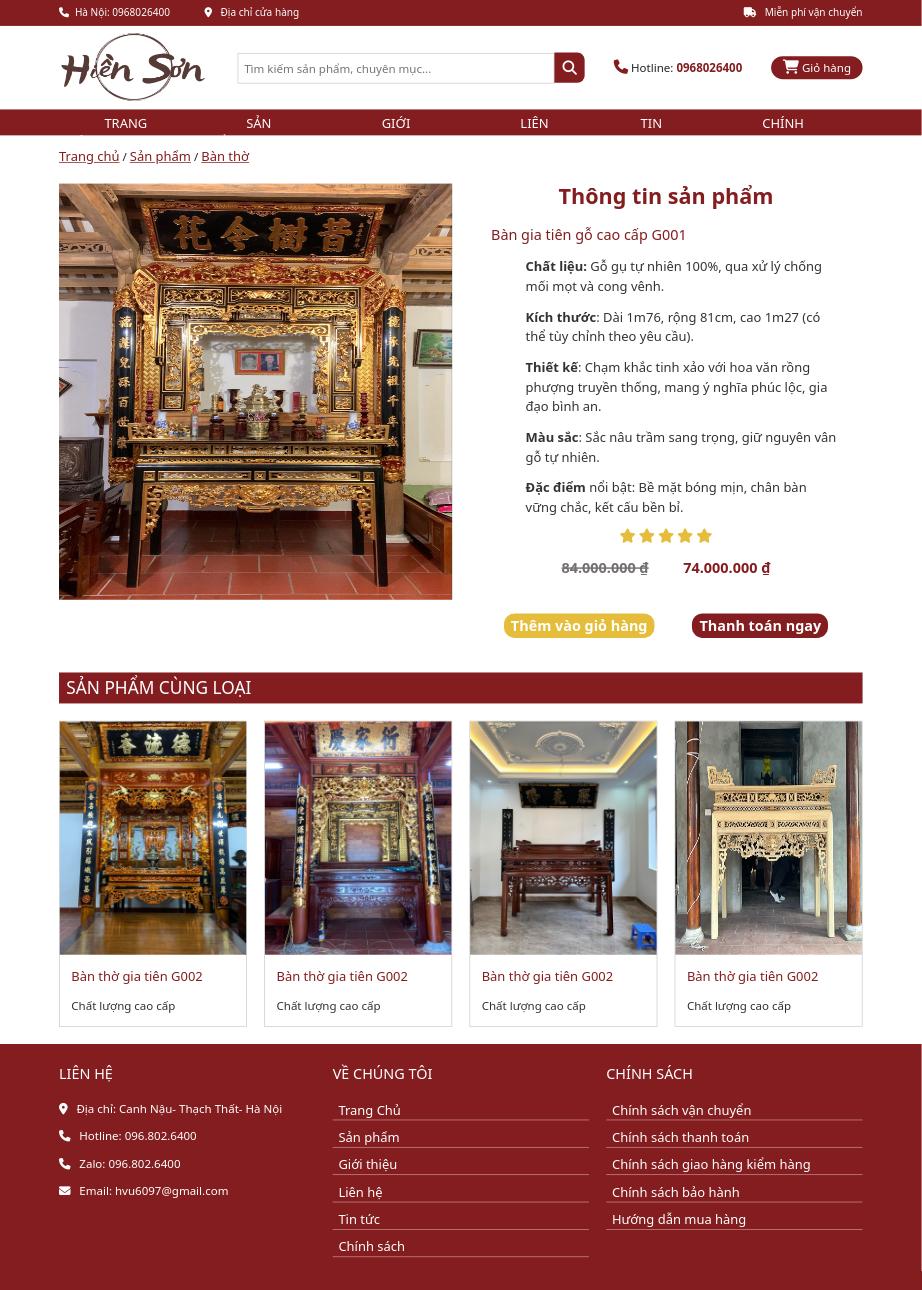
Repository: hoang28092000/do_go_hien_son
Page: product_details/ban_tho-g007.html
An editor plug-in stored every save of this project. The page is shown before and after the next save, followed by the edit.
The browser window is 1280 px wide. The pictures show the whole page, at 72% of full size.
Some web libraries are served in a nearby version.

Above is the page before, as saved 2024-08-10 22:10:48.

After the next save:
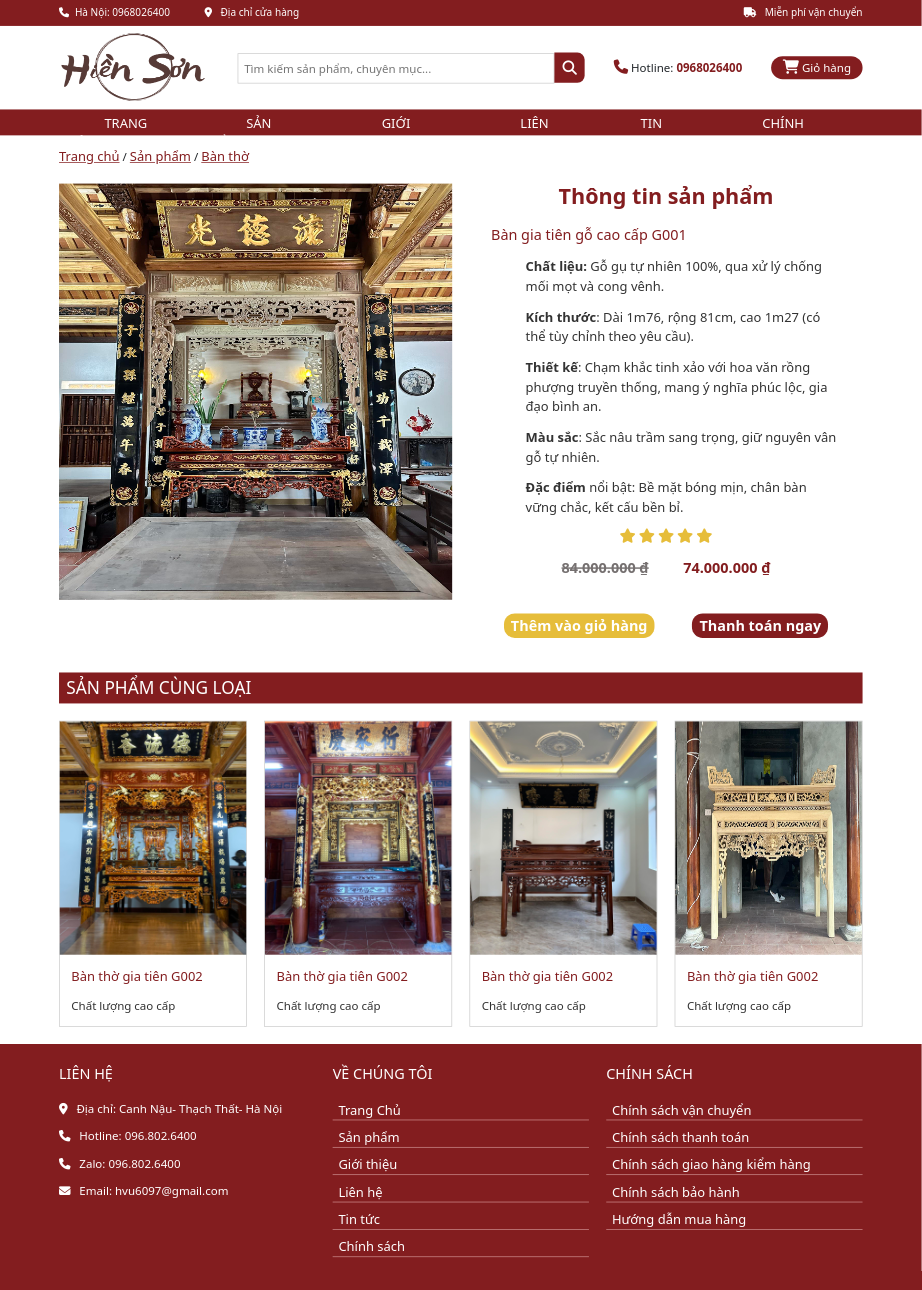
Saved 12 s later.
--- a/product_details/ban_tho-g007.html
+++ b/product_details/ban_tho-g007.html
@@ -79,7 +79,7 @@
             <div class="card-p_details">
                 <div class="row">
                     <div class="col-lg-6">
-                        <img src="../asset/image/anhn1.jfif" alt="" class="img-p_details w-100">
+                        <img src="../asset/image/anhn9.jfif" alt="" class="img-p_details w-100">
                     </div>
                     <div class="col-lg-6">
                         <div class="info-p_details">
